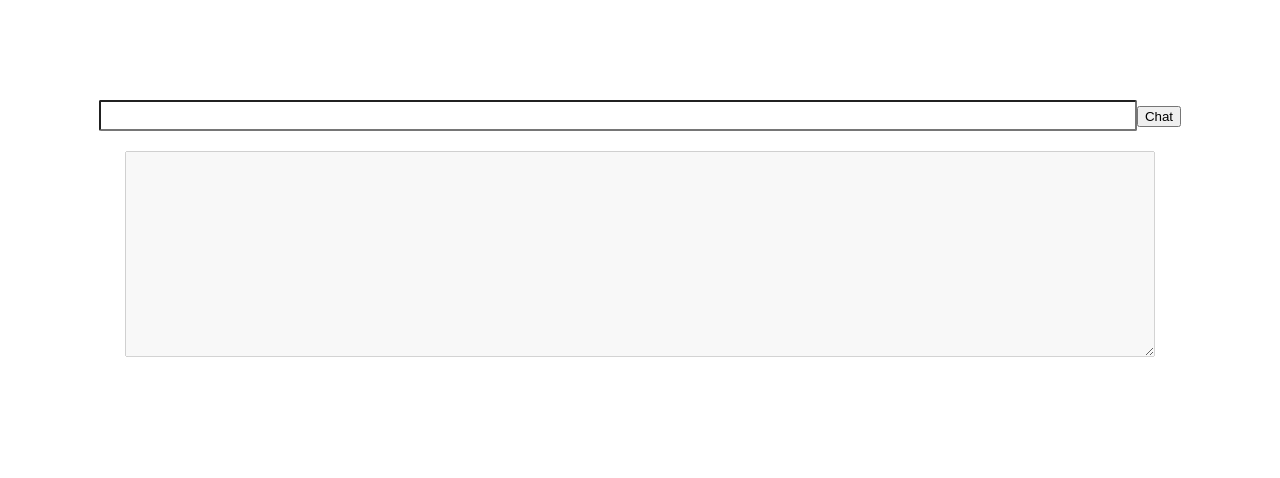
Repository: MinhTai6661/chatgpt-shoppee
Page: /
The author's editor kept a copy of each file at every save. The page is drawn from the files as they stood at one save, then again after the next save.
The browser window is 1280 px wide. The pictures show the whole page.
The project was rebuilt for these pictures with package versions that can differ from the ones it lists, and the page was loaded fresh each time.

Above is the page before, as saved 2023-02-08 18:05:31.

### src/App.js
import logo from './logo.svg';
import './App.css';
import ChatFeild from './components/ChatField';
import { Configuration, OpenAIApi } from 'openai';
const configuration = new Configuration({
    apiKey: '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',
});
const openai = new OpenAIApi(configuration);
function App() {
    return (
        <div className='App'>
            <ChatFeild configuration={configuration} openai={openai} />
        </div>
    );
}

export default App;

### src/App.css
.App {
    text-align: center;
    padding-top: 100px;
}

.App-logo {
    height: 40vmin;
    pointer-events: none;
}

@media (prefers-reduced-motion: no-preference) {
    .App-logo {
        animation: App-logo-spin infinite 20s linear;
    }
}

.App-header {
    background-color: #282c34;
    min-height: 100vh;
    display: flex;
    flex-direction: column;
    align-items: center;
    justify-content: center;
    font-size: calc(10px + 2vmin);
    color: white;
}

.App-link {
    color: #61dafb;
}

@keyframes App-logo-spin {
    from {
        transform: rotate(0deg);
    }
    to {
        transform: rotate(360deg);
    }
}

### src/components/ChatField/index.js
import React, { useEffect, useState } from 'react';
import { OpenAIApi, Configuration } from 'openai';
import './ChatFeild.css';

export default function ChatFeild({ configuration, openai }) {
    const [response, setResponse] = useState('');
    const [valueInput, setValueInput] = useState('');
    const [isLoading, setIsLoading] = useState(false);

    useEffect(() => {}, [valueInput]);

    const handleChat = async () => {
        setIsLoading(true);
        try {
            const completion = await openai.createCompletion({
                model: 'text-davinci-002',
                prompt: valueInput,
                max_tokens: 100,
                n: 1,
                stop: null,
                temperature: 0.5,
            });
            const message = completion.data.choices[0].text;
            console.log('handleChat  completion.data.choices', completion.data.choices);
            setResponse(message);
            setIsLoading(false);
        } catch (error) {
            console.log(error);
        }
    };
    return (
        <div>
            <input
                className='chat__input'
                value={valueInput}
                style={{ width: '80' }}
                name=''
                id=''
                onChange={(e) => setValueInput(e.target.value)}
                onKeyUp={(e) => {
                    if (e.key === 'Enter') {
                        handleChat();
                    }
                }}
            />
            <button onClick={handleChat}>Chat</button>
            <br />
            {isLoading ? (
                'Loading...'
            ) : (
                <>
                    <textarea className='chat__result' name='chat' id='chat' disabled>
                        {response}
                    </textarea>
                </>
            )}
        </div>
    );
}

### src/components/ChatField/ChatFeild.css
.chat__input {
    padding: 5px;
    font-size: 15px;
    color: #333;
    margin-bottom: 20px;
    border-radius: 2px;
    width: 80%;
}

.chat__result {
    height: 200px;
    width: 80%;
}
.chat__result::first-letter {
    text-transform: uppercase;
}

Loaded but not shown: public/index.html (common file); src/index.js (common file); src/index.css (common file); src/reportWebVitals.js (common file)

After the next save:
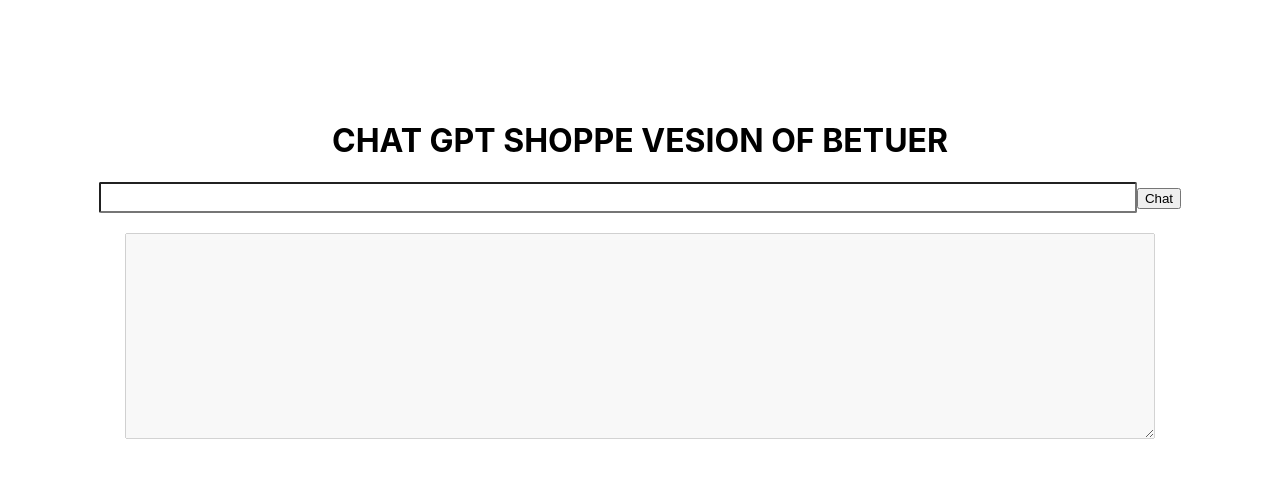
Saved 108 s later.
--- a/src/App.js
+++ b/src/App.js
@@ -9,6 +9,7 @@
 function App() {
     return (
         <div className='App'>
+            <h1>CHAT GPT SHOPPE VESION OF BETUER</h1>
             <ChatFeild configuration={configuration} openai={openai} />
         </div>
     );
